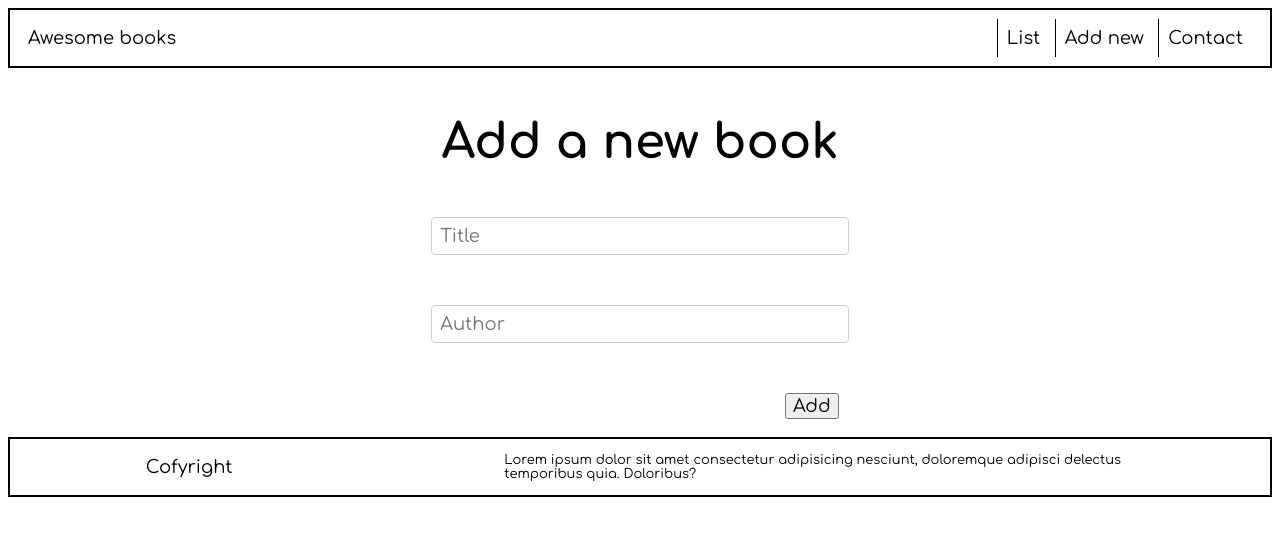
Repository: Salimer/Awesome-books
Page: index.html
An editor plug-in stored every save of this project. The page is shown before and after a run of saves, followed by the edit.
The browser window is 1280 px wide. The pictures show the whole page.
The style sheet was rebuilt from its Sass, Less or Tailwind sources for each picture, by a compiler version that may differ from the author's.

Above is the page before, as saved 2023-04-26 11:53:17.

### index.html
<!DOCTYPE html>
<html lang="en">
<head>
    <meta charset="UTF-8">
    <meta http-equiv="X-UA-Compatible" content="IE=edge">
    <meta name="viewport" content="width=device-width, initial-scale=1.0">
    <link rel="stylesheet" href="style.css">
    <link rel="preconnect" href="https://fonts.gstatic.com" crossorigin>
    <link href="https://fonts.googleapis.com/css2?family=Anton&family=Caveat:wght@400;500;600;700&family=Comfortaa:wght@300;400;500;600;700&family=Lato:wght@100;300;400;700;900&display=swap" rel="stylesheet">
    <title>Document</title>
</head>
<body>
    <header id="header">
        <a href="#">Awesome books</a>
        <div class="hamburger"></div>
        <div class="dropdown-nav-menu">
            <a id="list-nav" class="nav-item" href="#">List</a>
            <a id="add-new-nav" class="nav-item" href="#">Add new</a>
            <a id="contact-nav" class="nav-item" href="#">Contact</a>
        </div>
    </header>
    <main>
        <section class="view-books hide">
            <h1>All Awesome books</h1>
            <article class="books">

            </article>
        </section>
        <section class="add-book-form">
            <form id="form">
                <article class="new-book">
                    <h1>Add a new book</h3>
                    <div class="input">
                        <input id="new-title" name="title" placeholder="Title"><br><br>
                        <input id="new-author" name="author" placeholder="Author"><br><br>
                    </div>
                    <button id="add-book" type="submit">Add</button>
                </article>
            </form>
        </section>
        <section class="new-contact-info hide">
            <div id="time">March 19th 2021, 9:25:32 am</div>
            <h1>Contact information</h1>
            <p class="contact-text">Do have any questions or you just want to say "Hello"?<br>You can reach out to us!</p>
            <ul class="contact-details">
                <li>Our e-mail: mail@mail.com</li>
                <li>Our phone number: 0043586534422</li>
                <li>Our address: Streetname 22, 84503 City, Country</li>
            </ul>
        </section>
    </main>
    <footer id="footer">
        <p>Cofyright</p>
        <p>Lorem ipsum dolor sit amet consectetur adipisicing  nesciunt, doloremque adipisci delectus temporibus quia. Doloribus?</p>
    </footer>

    <script src="script.js"></script>
</body>
</html>

### script.js
// Define page navigation
const listNav = document.querySelector('#list-nav');
const addNewNav = document.querySelector('#add-new-nav');
const contactNav = document.querySelector('#contact-nav');

// Define page sections
const viewBooksSection = document.querySelector('.view-books');
const addBookFormSection = document.querySelector('.add-book-form');
const newContactSection = document.querySelector('.new-contact-info');

/* Add event listeners */
// List event listener
listNav.addEventListener('click', () => {
  viewBooksSection.classList.remove('hide');
  addBookFormSection.classList.add('hide');
  newContactSection.classList.add('hide')
});

// New book event listener
addNewNav.addEventListener('click', () => {
  viewBooksSection.classList.add('hide');
  addBookFormSection.classList.remove('hide');
  newContactSection.classList.add('hide')
});

// Contact section event listener
contactNav.addEventListener('click', () => {
  viewBooksSection.classList.add('hide');
  addBookFormSection.classList.add('hide');
  newContactSection.classList.remove('hide')
});

/* eslint-disable max-classes-per-file */
class Book {
  constructor(title, author) {
    this.id = Date.now().toString(); // Generate unique ID based on timestamp
    this.title = title;
    this.author = author;
  }
}
/* eslint-disable max-classes-per-file */

class BooksCollection {
  constructor() {
    this.books = [];
  }

  addBook(title, author) {
    if (title === '' || author === '') {
      // eslint-disable-next-line no-alert
      alert('Please fill both fields');
    } else {
      const newBook = new Book(title, author);
      this.books.push(newBook);
    }
  }

  removeBook(id) {
    this.books = this.books.filter((book) => book.id !== id);
  }

  viewBooks() {
    // Remove all existing book elements from the container
    const container = document.querySelector('.books');
    while (container.firstChild) {
      container.removeChild(container.firstChild);
    }

    // Update books
    this.books.forEach((book) => {
      // Create the container div
      const bookInfo = document.createElement('div');
      bookInfo.className = 'book-info';
      bookInfo.innerHTML = `<p><span class="book-title">"${book.title}"</span> by <span class="book-author"> ${book.author}</span></p>`;

      // Create and append the button
      const button = document.createElement('button');
      button.className = 'remove-book';
      button.type = 'button';
      button.textContent = 'Remove';
      button.dataset.id = book.id; // Set the book ID as a data attribute
      bookInfo.appendChild(button);

      // Add event listener to remove button
      button.addEventListener('click', (event) => {
        const { id } = event.target.dataset;
        this.removeBook(id);
        this.viewBooks();
      });

      // Append the container div to the html
      container.appendChild(bookInfo);
    });

    // Update local storage
    this.saveBooks();
  }

  saveBooks() {
    localStorage.setItem('books', JSON.stringify(this.books));
  }

  loadBooks() {
    this.books = JSON.parse(localStorage.getItem('books')) || [];
  }

  init() {
    this.loadBooks();
    this.viewBooks();

    // Adding new book
    const addBookBtn = document.querySelector('#add-book');
    addBookBtn.addEventListener('click', () => {
      const form = document.getElementById('form');
      const title = document.querySelector('#new-title').value;
      const author = document.querySelector('#new-author').value;
      this.addBook(title, author);
      this.viewBooks();
      form.reset();
    });
  }
}

const booksCollection = new BooksCollection();
booksCollection.init();

### style.scss
* {
  font-family: 'Comfortaa', sans-serif;
  font-size: large;
}

h1 {
  align-self: center;
  font-weight: 700;
  font-size: xxx-large;
}

.hide {
  display: none !important;
}

#header {
  display: flex;
  justify-content: space-between;
  border: 2px solid black;
  padding: 1rem 1rem;

  a {
    text-decoration: none;
    color: black;
  }

  .nav-item {
    padding: 0.5rem;
    border-left: 1px solid black;
  }
}

.view-books {
  display: flex;
  flex-direction: column;

  article {
    border: 2px solid black;
  }

  .book-info {
    display: flex;
    justify-content: space-between;
    padding: 0 1rem;

    &:nth-child(odd) {
      background-color: #ddd;
    }

    p {
      font-weight: 900;
    }

    button {
      margin: 8px 0;
      box-shadow: 6px 5px 5px 3px black;
      cursor: pointer;
    }
  }
}

#form {
  display: flex;
  flex-direction: column;
  align-items: center;

  .new-book {
    display: flex;
    flex-direction: column;
    align-items: center;

    .input {
      display: flex;
      flex-direction: column;
      align-items: center;

      input {
        padding: 8px;
        margin-bottom: 10px;
        border: 1px solid #ccc;
        border-radius: 4px;
        width: 170%;

        &:last-child {
          margin-bottom: 20px;
        }
      }
    }

    button {
      margin-left: auto;
    }
  }
}

.new-contact-info {
  display: flex;
  flex-direction: column;
  align-items: center;
  line-height: 1.6rem;

  #time {
    padding: 1rem;
    align-self: flex-end;
  }

  .contact-text {
    padding: 1rem 0;
  }
}

#footer {
  display: flex;
  justify-content: space-around;
  align-items: center;
  border: 2px solid black;
  margin-top: 1rem;

  p + p {
    font-size: small;
    width: 50%;
  }
}

After the next 3 saves:
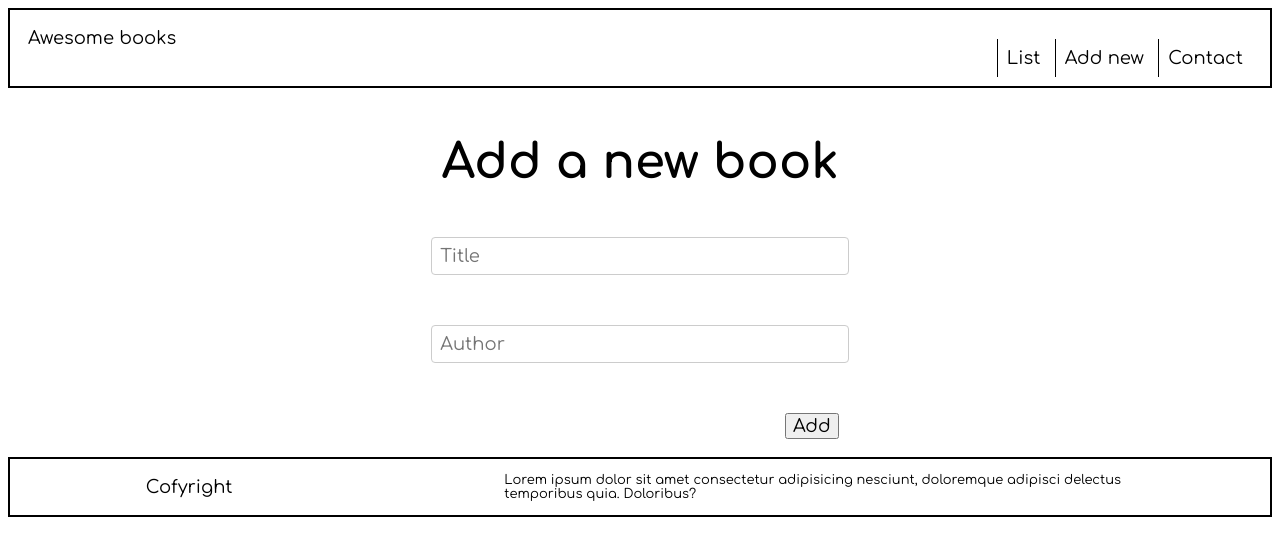
The 3 saves are shown as one change because they came seconds apart.
The last was saved 8 s later.
--- a/index.html
+++ b/index.html
@@ -12,7 +12,7 @@
 <body>
     <header id="header">
         <a href="#">Awesome books</a>
-        <div class="hamburger"></div>
+        <div class="hamburger"><img src="" </div>
         <div class="dropdown-nav-menu">
             <a id="list-nav" class="nav-item" href="#">List</a>
             <a id="add-new-nav" class="nav-item" href="#">Add new</a>

After the 4 saves that followed:
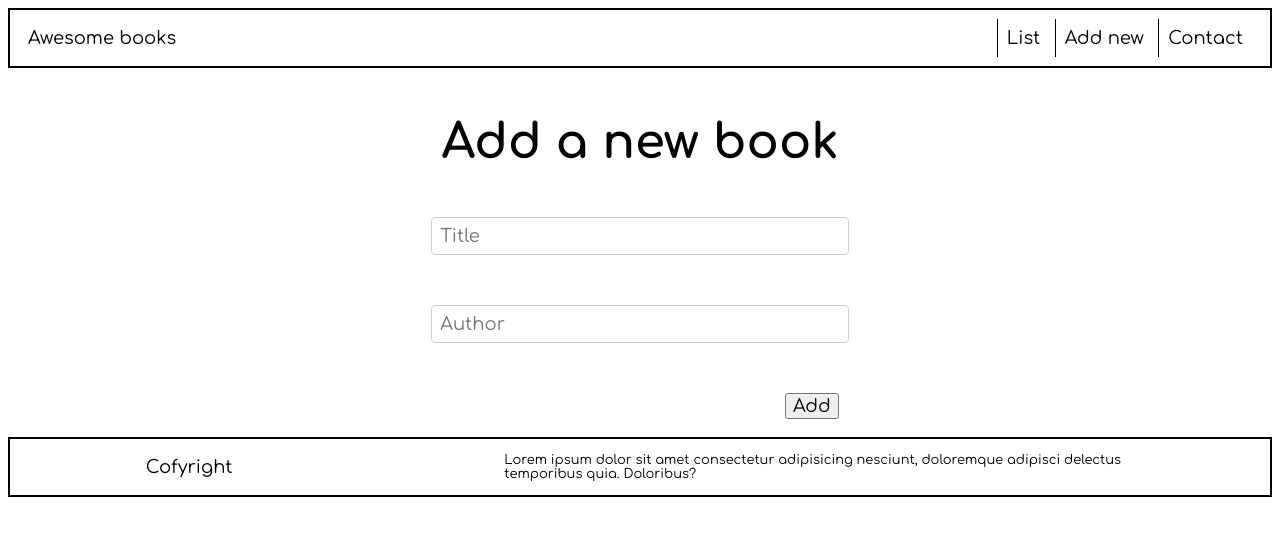
The 4 saves are shown as one change because they came seconds apart.
The last was saved 87 s later.
--- a/index.html
+++ b/index.html
@@ -12,7 +12,7 @@
 <body>
     <header id="header">
         <a href="#">Awesome books</a>
-        <div class="hamburger"><img src="" </div>
+        <div class="hamburger"><img src="Assets/nav.svg"></div>
         <div class="dropdown-nav-menu">
             <a id="list-nav" class="nav-item" href="#">List</a>
             <a id="add-new-nav" class="nav-item" href="#">Add new</a>
